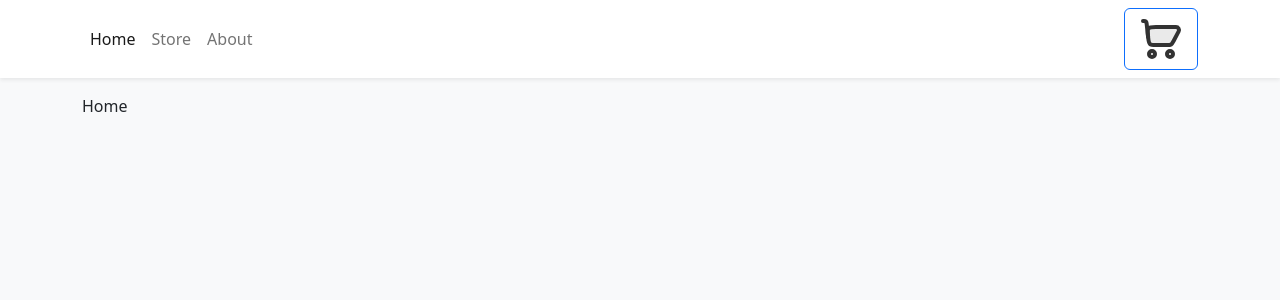
Repository: MoNasr2022/shopping-cart
Page: /
The author's editor kept a copy of each file at every save. The page is drawn from the files as they stood at one save, then again after a run of saves.
The browser window is 1280 px wide. The pictures show the whole page.
The project was rebuilt for these pictures with package versions that can differ from the ones it lists, and the page was loaded fresh each time. Also part of the build but not shown: vite.config.ts, src/pages/Store.tsx, src/pages/About.tsx.

Above is the page before, as saved 2023-04-17 01:37:21.

After the next 2 saves:
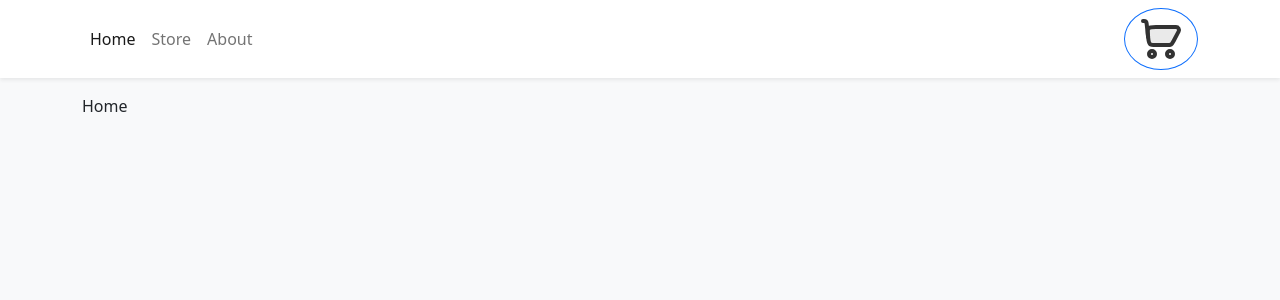
The 2 saves are shown as one change because they came seconds apart.
The last was saved 11 s later.
--- a/src/components/Navbar.tsx
+++ b/src/components/Navbar.tsx
@@ -22,7 +22,7 @@ export default function Navbar() {
             About
           </Nav.Link>
         </Nav>
-        <Button className=" rounded" variant="outline-primary" >
+        <Button className=" rounded-circle" variant="outline-primary" >
           <svg
             width="3rem"
             height="3rem"
